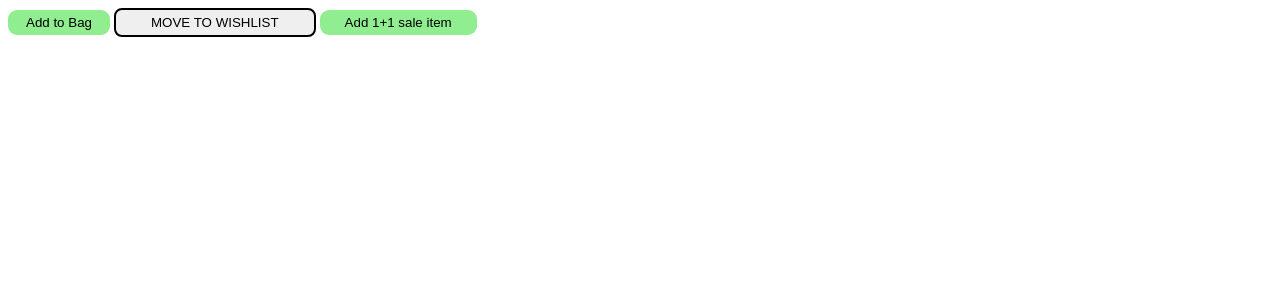
Repository: nihalani20/Learning-Js
Page: practice_set2/index.html
These files come from the project's save history. The page is drawn as it stood at one moment and after a run of saves; the edit follows.
The browser window is 1280 px wide. The pictures show the whole page.

Above is the page before, as saved 2023-12-09 12:30:53.

After the next 2 saves:
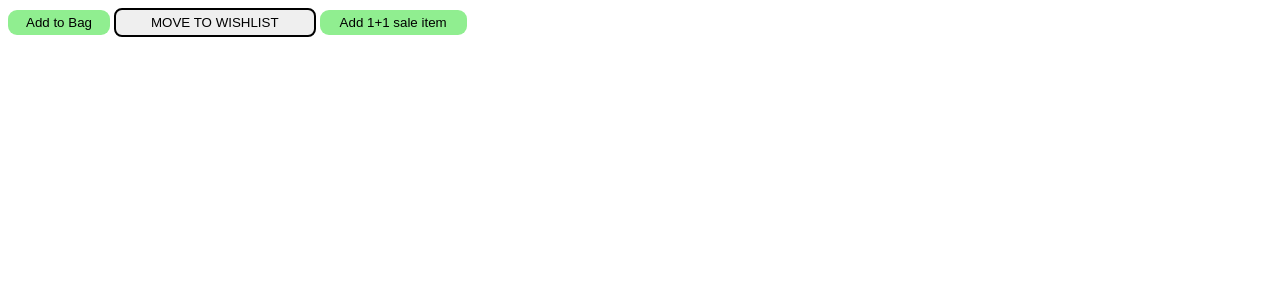
The 2 saves are shown as one change because they came seconds apart.
The last was saved 7 s later.
--- a/practice_set2/style.css
+++ b/practice_set2/style.css
@@ -18,7 +18,7 @@
 .item{
   background-color: lightgreen;
     border: none;
-    padding: 5px 25px 5px 25px;
+    padding: 5px 20px 5px 20px;
     border-radius: 9px;
     cursor: pointer;
 
